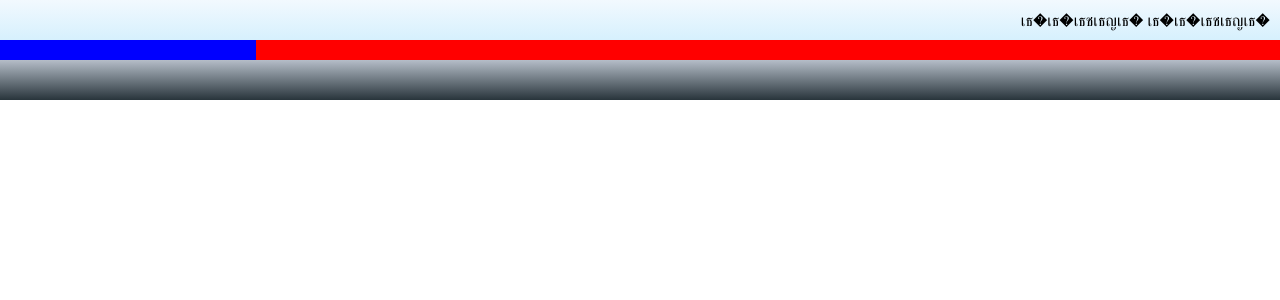
Repository: pleanoma/TooDoo
Page: http://localhost/TooDoo/Home.jsp
An editor plug-in stored every save of this project. The page is shown before and after the next save, followed by the edit.
The browser window is 1280 px wide. The pictures show the whole page.
The page is served by Tomcat 9. Other server files are loaded and not shown.

Above is the page before, as saved 2013-11-27 08:17:24.

### TooDoo/WebContent/Home.jsp
<%@ page contentType="text/html; charset=utf-8" pageEncoding="TIS620" %>

<!DOCTYPE html PUBLIC "-//W3C//DTD HTML 4.01 Transitional//EN" "http://www.w3.org/TR/html4/loose.dtd">
<html>
<head>
<meta http-equiv="Content-Type" content="text/html; charset=tis-620">
<title>Insert title here</title>
<link rel="stylesheet" href="./css/style.css" type="text/css">
</head>
<body>
	<div id="header">
		<div class="userdetail">
			<label for="UserDetail">ทดสอบ ทดสอบ</label>
		</div>
	</div>
	<div class="clr">
	</div>
	<div id="content">
		<div class="article">
			<div class="box-txt">

			</div>
		</div>
		<div class="sidebar">
			<div class="box-txt">

			</div>
		</div>
	</div>
	<div class="clr">
	</div>
	<div id="footer">
		<div class="box-txt">

		</div>
	</div>
</body>
</html>

### TooDoo/WebContent/css/style.css
html, body {
	margin: 0 auto;
	width: 100%;
	font-family: "Trebuchet MS", Helvetica, sans-serif;
	font-weight: 400;
}
#main {
	margin: 0 auto;
	padding: 0;
}
#header {
	width: 100%;
	height: 40px;
	min-height: 40px;
	background: green;
	background: #f2f9fe; /* Old browsers */
	background: -moz-linear-gradient(top, #f2f9fe 0%, #d6f0fd 100%); /* FF3.6+ */
	background: -webkit-gradient(linear, left top, left bottom, color-stop(0%,#f2f9fe), color-stop(100%,#d6f0fd)); /* Chrome,Safari4+ */
	background: -webkit-linear-gradient(top, #f2f9fe 0%,#d6f0fd 100%); /* Chrome10+,Safari5.1+ */
	background: -o-linear-gradient(top, #f2f9fe 0%,#d6f0fd 100%); /* Opera 11.10+ */
	background: -ms-linear-gradient(top, #f2f9fe 0%,#d6f0fd 100%); /* IE10+ */
	background: linear-gradient(to bottom, #f2f9fe 0%,#d6f0fd 100%); /* W3C */
	filter: progid:DXImageTransform.Microsoft.gradient( startColorstr='#f2f9fe', endColorstr='#d6f0fd',GradientType=0 ); /* IE6-9 */
}

#header .userdetail {
	float: right;
	padding: 10px;
}
#content .article {
	float: right;
	width: 80%;
	height: 100%;
	background: red;
}
#content .sidebar {
	float: left;
	width: 20%;
	height: 100%;
	background: blue;
}
#footer {
	display: block;
	width: 100%;
	height: 40px;
	min-height: 40px;
	background: yellow;
	background: #b5bdc8; /* Old browsers */
background: -moz-linear-gradient(top, #b5bdc8 0%, #828c95 36%, #28343b 100%); /* FF3.6+ */
background: -webkit-gradient(linear, left top, left bottom, color-stop(0%,#b5bdc8), color-stop(36%,#828c95), color-stop(100%,#28343b)); /* Chrome,Safari4+ */
background: -webkit-linear-gradient(top, #b5bdc8 0%,#828c95 36%,#28343b 100%); /* Chrome10+,Safari5.1+ */
background: -o-linear-gradient(top, #b5bdc8 0%,#828c95 36%,#28343b 100%); /* Opera 11.10+ */
background: -ms-linear-gradient(top, #b5bdc8 0%,#828c95 36%,#28343b 100%); /* IE10+ */
background: linear-gradient(to bottom, #b5bdc8 0%,#828c95 36%,#28343b 100%); /* W3C */
filter: progid:DXImageTransform.Microsoft.gradient( startColorstr='#b5bdc8', endColorstr='#28343b',GradientType=0 ); /* IE6-9 */
}
.box-txt {
	padding: 10px;
}
.clr {
	clear: both;
}

After the next save:
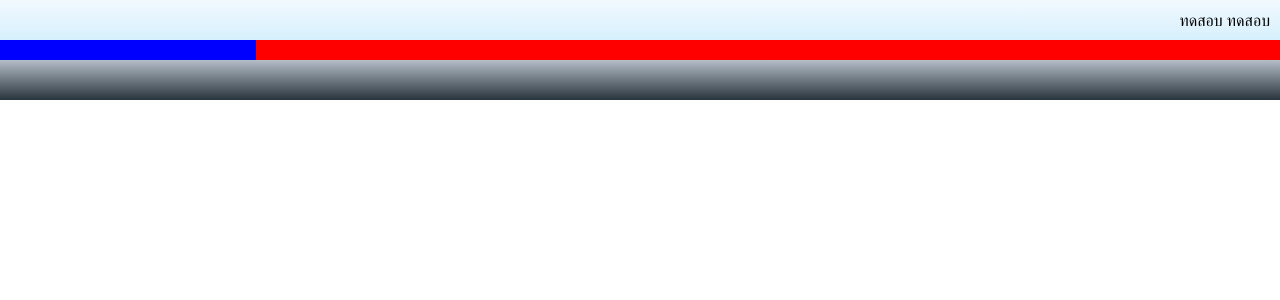
Saved 12 s later.
--- a/TooDoo/WebContent/Home.jsp
+++ b/TooDoo/WebContent/Home.jsp
@@ -1,4 +1,4 @@
-<%@ page contentType="text/html; charset=utf-8" pageEncoding="TIS620" %>
+<%@ page contentType="text/html; charset=utf-8" pageEncoding="utf-8" %>
 
 <!DOCTYPE html PUBLIC "-//W3C//DTD HTML 4.01 Transitional//EN" "http://www.w3.org/TR/html4/loose.dtd">
 <html>
